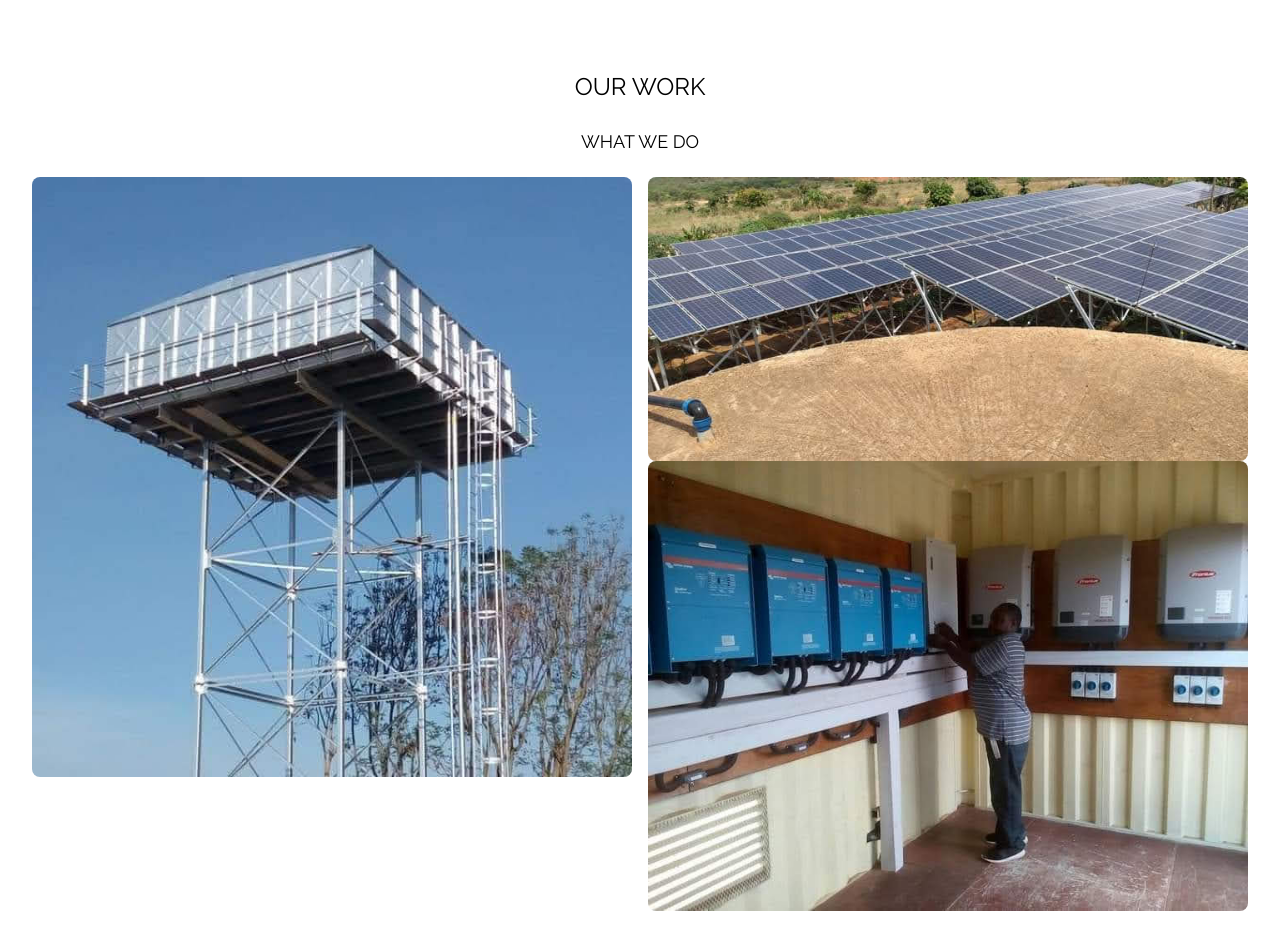
Repository: peterclermy232/LAZCOM
Page: index.html
An editor plug-in stored every save of this project. The page is shown before and after a run of saves, followed by the edit.
The browser window is 1280 px wide. The pictures show the part of the page from y = 3846 to 4798 px (the page is 7618 px tall).
A picture or video elsewhere on the page could not be fetched, so the positions and the page height are approximate.

Above is the page before, as saved 2022-06-23 08:41:21.

### index.html
<!DOCTYPE html>
<html>
<head>
<title>LAZCOM SOLAR AND ELECTRICALS SERVICES</title>
<meta charset="UTF-8">
<meta name="viewport" content="width=device-width, initial-scale=1">
<link rel="stylesheet" href="https://www.w3schools.com/w3css/4/w3.css">
<link rel="stylesheet" href="https://fonts.googleapis.com/css?family=Raleway">
<link rel="stylesheet" href="https://cdnjs.cloudflare.com/ajax/libs/font-awesome/4.7.0/css/font-awesome.min.css">
<style>
body,h1,h2,h3,h4,h5,h6 {font-family: "Raleway", sans-serif}

body, html {
  height: 100%;
  line-height: 1.8;
}

/* Full height image header */
.bgimg-1 {
  background-position: center;
  background-size: cover;
  background-image: url("images/sunsolar.jpeg");
  min-height: 100%;
}

.w3-bar .w3-button {
  padding: 16px;
}
</style>
</head>
<body>

<!-- Navbar (sit on top) -->
<div class="w3-top">
  <div class="w3-bar w3-white w3-card" id="myNavbar">

    <a href="#home" class="w3-bar-item w3-button w3-wide">
        <img src="images/images.png" alt="" style="width: 45%;">
    </a>
    <!-- Right-sided navbar links -->
    <div class="w3-right w3-hide-small">
      <a href="#about" class="w3-bar-item w3-button">ABOUT</a>
      <a href="#team" class="w3-bar-item w3-button"><i class="fa fa-user"></i> REFERENCES</a>
      <a href="#work" class="w3-bar-item w3-button"><i class="fa fa-th"></i> WORK</a>
      <!--<a href="#pricing" class="w3-bar-item w3-button"><i class="fa fa-usd"></i> PRICING</a>-->
      <a href="#contact" class="w3-bar-item w3-button"><i class="fa fa-envelope"></i> CONTACT</a>
    </div>
    <!-- Hide right-floated links on small screens and replace them with a menu icon -->

    <a href="javascript:void(0)" class="w3-bar-item w3-button w3-right w3-hide-large w3-hide-medium" onclick="w3_open()">
      <i class="fa fa-bars"></i>
    </a>
  </div>
</div>

<!-- Sidebar on small screens when clicking the menu icon -->
<nav class="w3-sidebar w3-bar-block w3-black w3-card w3-animate-left w3-hide-medium w3-hide-large" style="display:none" id="mySidebar">
  <a href="javascript:void(0)" onclick="w3_close()" class="w3-bar-item w3-button w3-large w3-padding-16">Close ×</a>
  <a href="#about" onclick="w3_close()" class="w3-bar-item w3-button">ABOUT</a>
  <a href="#team" onclick="w3_close()" class="w3-bar-item w3-button">REFERENCES</a>
  <a href="#work" onclick="w3_close()" class="w3-bar-item w3-button">WORK</a>
  <!--<a href="#pricing" onclick="w3_close()" class="w3-bar-item w3-button">PRICING</a>-->
  <a href="#contact" onclick="w3_close()" class="w3-bar-item w3-button">CONTACT</a>
</nav>

<!-- Header with full-height image -->
<header class="bgimg-1 w3-display-container w3-grayscale-min" id="home">
  <div class="w3-display-left w3-text-white" style="padding:48px">
    <span class="w3-jumbo w3-hide-small" style="color: green;">Services beyond you expectations</span><br>
    <span class="w3-xxlarge w3-hide-large w3-hide-medium">Start something that matters</span><br>
    <span class="w3-large">Lazcom is here to help you stay in a well ventilate house.</span>
    <p><a href="#about" class="w3-button w3-white w3-padding-large w3-large w3-margin-top w3-opacity w3-hover-opacity-off">Learn more and start today</a></p>
  </div>
  <div class="w3-display-bottomleft w3-text-grey w3-large" style="padding:24px 48px">

</header>

<!-- About Section -->
<div class="w3-container" style="padding:128px 16px" id="about">
  <h3 class="w3-center">ABOUT THE COMPANY</h3>
  <p class="w3-center w3-large">Key features of our company</p>
  <div class="w3-row-padding w3-center" style="margin-top:64px">
    <h3 style="text-align: center;">COMPANY PROFILE</h3>
<p>Lazcom Solar and Electrical Services Limited is a Company registered in Kenya
    in accordance to chap. 486 of Company’s act. Started in 2009 as a sole
    proprietorship, Lazcom Solar has grown in customer base and service and it
    was then registered as a Limited Company in Kenya in 2013.
    We
    specialize
    in
    design,
    selection,
    purchase,
    servicing,
    maintenance,
    replacement, installation, testing and commissioning of all types of green
    energy solutions up to and including solar water heating system, power back up
    systems,Borehole drilling and Equiping, solar water pump installation and to
    carry on business as consultants, advisers and service providers in respect of</p>
</div>
    <div class="">

      <p class="w3-large">Visson</p>
      <p>To be a leading alternative energy solutions provider by offering affordable and
        environmental friendly green energy solar solutions beyond the expectations of
        our clients.</p>
    </div>
    <div class="" style="margin: auto;">

      <p class="w3-large">Mission</p>
      <p>To satisfy our customers by offering efficient, effective, environmental friendly
        and affordable electric light, heating and power supplies using the latest
        technology and state of the art equipment for both commercial and residential
        use in accordance to our clients' needs.</p>
    </div>
</div>
    <div class="image">

        <p style="text-align: center;">Values</p>
        <p style="text-align: center;">Our Values Define our Being:</p>
        <div class="fakeimg">
            <ul>
              <li>We accept that challenges make us stronger and we enjoy the satisfaction of a
                job well done. We take action, make things real, work smart, have fun, and
                maintain a positive outlook in all things we do.</li>
              <li>We lead by example and use honesty, integrity, and open communications in all
                of our interactions.</li>
              <li>We strive to continually grow and improve as individuals, as a team, and as a
                company.</li>
              <li>We maintain a cost conscious attitude, promote increased efficiency, and
                ensure quality, which leads to a competitive edge in the marketplace.</li>
              <li>Sustainability and environmental stewardship through alternative energy
                sources and renewable energy systems is the core of our business, not only in
                our products and services we offer, but also the way we operate.</li>
              <li>We achieve customer satisfaction by honoring our commitments, exceeding
                expectations, and providing the highest quality products and service.</li>
            </ul>
          </div>
      </div>
</div>

<!-- Promo Section - "We know design" -->
<div class="w3-container w3-light-grey" style="padding:128px 16px">
  <div class="w3-row-padding">
    <div class="w3-col m6">
      <p><a href="#work" class="w3-button w3-black"><i class="fa fa-th"> </i> View Our Works</a></p>
    </div>
    <div class="w3-col m6">
      <img class="w3-image w3-round-large" src="images/metal.jpeg" alt="Buildings" width="700" height="394">
    </div>
    <div class="w3-col m6">

      <img class="w3-image w3-round-large" src="images/tank.jpeg" alt="Buildings" width="700" height="394">
    </div>
    <div class="w3-col m6">

      <img class="w3-image w3-round-large" src="images/person2.jpeg" alt="Buildings" width="700" height="394">
    </div>
  </div>
</div>

<!-- Team Section -->
<!-- Promo Section "Statistics" -->
<div class="w3-container w3-row w3-center w3-dark-grey w3-padding-64">
  <div class="w3-quarter">
    <span class="w3-xxlarge">14+</span>
    <br>Partners
  </div>
  <div class="w3-quarter">
    <span class="w3-xxlarge">55+</span>
    <br>Projects Done
  </div>
  <div class="w3-quarter">
    <span class="w3-xxlarge">89+</span>
    <br>Happy Clients
  </div>
  <div class="w3-quarter">
    <span class="w3-xxlarge">150+</span>
    <br>Meetings
  </div>
</div>

<!-- Work Section -->
<div class="w3-container" style="padding:128px 16px" id="work">
  <h3 class="w3-center">OUR WORK</h3>
  <p class="w3-center w3-large">WHAT WE DO</p>

  <div class="w3-row-padding" >
    <div class="w3-col m6">
      <img class="w3-image w3-round-large" src="images/metal.jpeg" alt="Buildings" width="700" height="394">
    </div>
    <div class="w3-col m6">

      <img class="w3-image w3-round-large" src="images/solarstand.jpeg" alt="Buildings" width="700" height="394">
    </div>
    <div class="w3-col m6">
      <img class="w3-image w3-round-large" src="images/person1.jpeg" alt="Buildings" width="700" height="394">
    </div>

  </div>

  <div class="w3-row-padding" style="margin-top:64px">
    <div class="w3-col l3 m6">
        <ol>
            <li>Designs, installations and Maintainance.</li>
            <li>Solar energy(lighting,water heating,pumping and street lighting)</li>
            <li>Power back-up system installation and maintainance</li>
            <li>Service and maintainance contracts</li>
            <li>Water pumps and Borehole services(Drilling and Equiping).</li>
            <li>General electrical designs and installations.</li>
            <li>Swimming pool design,installation and maintainance.</li>
          </ol>
    </div>
    <div class="w3-col l3 m6">
        <ol>
            <h3>We supply and install:</h3>
            <div>
              <li>Solar panels</li>
              <li>Generators</li>
              <li>Solar batteries</li>
              <li>Water pumps</li>
              <li>Inverters</li>
              <li>Electrical and plumbling</li>
              <li>Solar water heating systems</li>
              <li>Wiring</li>
              </div>
        </ol>
    </div>
    <div class="w3-col l3 m6">
        <h5>P.V application</h5>
        <ol>
          <li>Household appliances e.g. TVs, radio, home theatre, laptops etc</li>
          <li>Water pumping for small scale remote irrigation, stock watering and
            residential use.</li>
          <li>Lighting for residential needs, billboards, security, street lights, parking
            lots, pathways and schools.</li>
          <li>Refrigeration for medical and recreational uses.</li>
        </ol>
    </div>
    <div class="w3-col l3 m6">
        <p>Advantages of solar lighting</p>
  <ol>
    <li>Reliability</li>
    <li>Low operating costs</li>
    <li>Low environmental pollution</li>
    <li>Stand alone capability</li>
    <li>Portability</li>
    <li>Modularity</li>
    <li>Safety</li>
    <li>Ease of installation</li>
  </ol>
    </div>
  </div>

  <div class="w3-row-padding w3-section">
    <div class="w3-col l3 m6">
        <ol class=" flex-column">
            <h6><b>Solar powered water pumping systems (diagrams/pictures)</b></h6>
            <li class="nav-item">
              Grundfos -borehole applications
            </li>
            <li class="nav-item">
              Lorentzs pumps- for shallow wells,boreholes and booster applicati
            </li>
            <li class="nav-item">
              Dayliff pumps- shallow wells,surface and borehole pumps
            </li>
            <li class="nav-item">
              Solar security light
            </li>
            <li class="nav-item">
              Solar powered lanterns
            </li>
            <li class="nav-item">
              Solar garden lights
            </li>
            <li class="nav-item">
              Solar cell phone charger
            </li>
            <li class="nav-item">
              LED bulbs
            </li>
          </ol>
    </div>
    <div class="w3-col l3 m6">
        <p>Advantages of solar water system</p>
        <ol>
          <li>Energy Saving</li>
          <li>Use of free solar energy hence reduction of power bills.</li>
          <li>24 hours hot water</li>
          <li>Long life span-over 20 years</li>
          <li>Maintenance free system</li>
        </ol>
    </div>
    <div class="w3-col l3 m6">
        <p>Advantages of power backup systems</p>
        <ol>
          <li>Standby power in the event of main’s failure</li>
          <li>Alternative to generators which are expensive to maintain and fuel</li>
          <li>Instant and automatic changeover when the mains power fails</li>
          <li>Totally silent and non-polluting operation</li>
          <li>Very low running costs-just the power to charge the batteries</li>
        </ol>
    </div>
    <div class="w3-col l3 m6">
      <img src="/w3images/tech_tableturner.jpg" style="width:100%" onclick="onClick(this)" class="w3-hover-opacity" alt="A tableturner">
    </div>
  </div>
</div>

<!-- Modal for full size images on click-->
<div id="modal01" class="w3-modal w3-black" onclick="this.style.display='none'">
  <span class="w3-button w3-xxlarge w3-black w3-padding-large w3-display-topright" title="Close Modal Image">×</span>
  <div class="w3-modal-content w3-animate-zoom w3-center w3-transparent w3-padding-64">
    <img id="img01" class="w3-image">
    <p id="caption" class="w3-opacity w3-large"></p>
  </div>
</div>

<!-- Skills Section -->
<div class="w3-container w3-light-grey w3-padding-64">
  <div class="w3-row-padding">
    <div class="w3-col m6">
      <h3>Our Skills.</h3>
    <!--  <p>Lorem ipsum dolor sit amet, consectetur adipiscing elit, sed do eiusmod<br>
      tempor incididunt ut labore et dolore.</p>
      <p>Lorem ipsum dolor sit amet, consectetur adipiscing elit, sed do eiusmod<br>
      tempor incididunt ut labore et dolore.</p>
      -->
    </div>
    <div class="w3-col m6">
      <p class="w3-wide"><i class="fa fa-camera w3-margin-right"></i>Solar Installation</p>
      <div class="w3-grey">
        <div class="w3-container w3-dark-grey w3-center" style="width:90%">90%</div>
      </div>
      <p class="w3-wide"><i class="fa fa-desktop w3-margin-right"></i>Plumbing</p>
      <div class="w3-grey">
        <div class="w3-container w3-dark-grey w3-center" style="width:85%">85%</div>
      </div>
      <p class="w3-wide"><i class="fa fa-photo w3-margin-right"></i>Wiring</p>
      <div class="w3-grey">
        <div class="w3-container w3-dark-grey w3-center" style="width:75%">75%</div>
      </div>
    </div>
  </div>
</div>

<!-- Pricing Section
<div class="w3-container w3-center w3-dark-grey" style="padding:128px 16px" id="pricing">
  <h3>PRICING</h3>
  <p class="w3-large">Choose a pricing plan that fits your needs.</p>
  <div class="w3-row-padding" style="margin-top:64px">
    <div class="w3-third w3-section">
      <ul class="w3-ul w3-white w3-hover-shadow">
        <li class="w3-black w3-xlarge w3-padding-32">Basic</li>
        <li class="w3-padding-16"><b>10GB</b> Storage</li>
        <li class="w3-padding-16"><b>10</b> Emails</li>
        <li class="w3-padding-16"><b>10</b> Domains</li>
        <li class="w3-padding-16"><b>Endless</b> Support</li>
        <li class="w3-padding-16">
          <h2 class="w3-wide">$ 10</h2>
          <span class="w3-opacity">per month</span>
        </li>
        <li class="w3-light-grey w3-padding-24">
          <button class="w3-button w3-black w3-padding-large">Sign Up</button>
        </li>
      </ul>
    </div>
    <div class="w3-third">
      <ul class="w3-ul w3-white w3-hover-shadow">
        <li class="w3-red w3-xlarge w3-padding-48">Pro</li>
        <li class="w3-padding-16"><b>25GB</b> Storage</li>
        <li class="w3-padding-16"><b>25</b> Emails</li>
        <li class="w3-padding-16"><b>25</b> Domains</li>
        <li class="w3-padding-16"><b>Endless</b> Support</li>
        <li class="w3-padding-16">
          <h2 class="w3-wide">$ 25</h2>
          <span class="w3-opacity">per month</span>
        </li>
        <li class="w3-light-grey w3-padding-24">
          <button class="w3-button w3-black w3-padding-large">Sign Up</button>
        </li>
      </ul>
    </div>
    <div class="w3-third w3-section">
      <ul class="w3-ul w3-white w3-hover-shadow">
        <li class="w3-black w3-xlarge w3-padding-32">Premium</li>
        <li class="w3-padding-16"><b>50GB</b> Storage</li>
        <li class="w3-padding-16"><b>50</b> Emails</li>
        <li class="w3-padding-16"><b>50</b> Domains</li>
        <li class="w3-padding-16"><b>Endless</b> Support</li>
        <li class="w3-padding-16">
          <h2 class="w3-wide">$ 50</h2>
          <span class="w3-opacity">per month</span>
        </li>
        <li class="w3-light-grey w3-padding-24">
          <button class="w3-button w3-black w3-padding-large">Sign Up</button>
        </li>
      </ul>
    </div>
  </div>
</div>-->

<!-- Contact Section -->
<div class="w3-container w3-light-grey" style="padding:128px 16px" id="contact">
  <h3 class="w3-center">CONTACT</h3>
  <p class="w3-center w3-large">Lets get in touch. Send us a message:</p>
  <div style="margin-top:48px">
    <p><i class="fa fa-map-marker fa-fw w3-xxlarge w3-margin-right"></i> NAIROBI,Kenya</p>
    <p><i class="fa fa-phone fa-fw w3-xxlarge w3-margin-right"></i> Phone: +2547724394458 or +254753532902</p>
    <p><i class="fa fa-envelope fa-fw w3-xxlarge w3-margin-right"> </i> Email: lazkomsolar@gmail.com</p>
    <br>
  <!--  <form action="/action_page.php" target="_blank">
      <p><input class="w3-input w3-border" type="text" placeholder="Name" required name="Name"></p>
      <p><input class="w3-input w3-border" type="text" placeholder="Email" required name="Email"></p>
      <p><input class="w3-input w3-border" type="text" placeholder="Subject" required name="Subject"></p>
      <p><input class="w3-input w3-border" type="text" placeholder="Message" required name="Message"></p>
      <p>
        <button class="w3-button w3-black" type="submit">
          <i class="fa fa-paper-plane"></i> SEND MESSAGE
        </button>
      </p>
    </form>
  -->
    <!-- Image of location/map
    <img src="/w3images/map.jpg" class="w3-image w3-greyscale" style="width:100%;margin-top:48px">
    -->

  </div>
</div>
<div class="w3-container" style="padding:128px 16px" id="team">
    <h3 class="w3-center">REFERENCES:</h3>
    <p class="w3-center w3-large">The ones who we have worked For</p>
    <div class="w3-row-padding w3-grayscale" style="margin-top:64px">
      <div class="w3-col l3 m6 w3-margin-bottom">
          <div class="w3-container">

              <li style="color:red">Loreto srs....Maryward cent
                ...contact..0720953022</li>
            <p>Solar hot water systems...12no.units</p>
            <p>Borehole services</p>
            <p>Generator services</p>
            </li>
          </div>

      </div>
      <div class="w3-col l3 m6 w3-margin-bottom">

          <div class="w3-container">
            <li style="color:red">missionaries of Africa....Contact..
                0718080276</li>
                <p>Solar hot water systems....3units</p>
                <p>Inverter systems....5kw system.</p>
            </li>
          </div>

      </div>
      <div class="w3-col l3 m6 w3-margin-bottom">
          <div class="w3-container">
            <li style="color:red"> Consolata sisters:......
                contact:sr.karthy....0712588471</li>
                <p>Solar hot water systems...6units.</p>
                <p>Borehole services...2no.borehole.</p>
            </li>
          </div>

      </div>
      <div class="w3-col l3 m6 w3-margin-bottom">
          <div class="w3-container">
            <li style="color:red">Hekima University college............Contact:Fr.Elius..0720836944</li>
            <p>Solar hot water systems......8units.</p>
            <p>Borehole services....1no.</p>
            <p>Generator services.</p>
            </li>
          </div>

      </div>
    </div>
  </div>


<!-- Footer -->
<footer class="w3-center w3-black w3-padding-64">
  <a href="#home" class="w3-button w3-light-grey"><i class="fa fa-arrow-up w3-margin-right"></i>To the top</a>
  <div class="w3-xlarge w3-section">
    <i class="fa fa-facebook-official w3-hover-opacity"></i>
    <i class="fa fa-instagram w3-hover-opacity"></i>
    <i class="fa fa-snapchat w3-hover-opacity"></i>
    <i class="fa fa-pinterest-p w3-hover-opacity"></i>
    <i class="fa fa-twitter w3-hover-opacity"></i>
    <i class="fa fa-linkedin w3-hover-opacity"></i>
  </div>
 <!--<p>Powered by <a href="https://www.w3schools.com/w3css/default.asp" title="W3.CSS" target="_blank" class="w3-hover-text-green">w3.css</a></p>-->
</footer>

<script>
// Modal Image Gallery
function onClick(element) {
  document.getElementById("img01").src = element.src;
  document.getElementById("modal01").style.display = "block";
  var captionText = document.getElementById("caption");
  captionText.innerHTML = element.alt;
}


// Toggle between showing and hiding the sidebar when clicking the menu icon
var mySidebar = document.getElementById("mySidebar");

function w3_open() {
  if (mySidebar.style.display === 'block') {
    mySidebar.style.display = 'none';
  } else {
    mySidebar.style.display = 'block';
  }
}

// Close the sidebar with the close button
function w3_close() {
    mySidebar.style.display = "none";
}
</script>

</body>
</html>

After the next 2 saves:
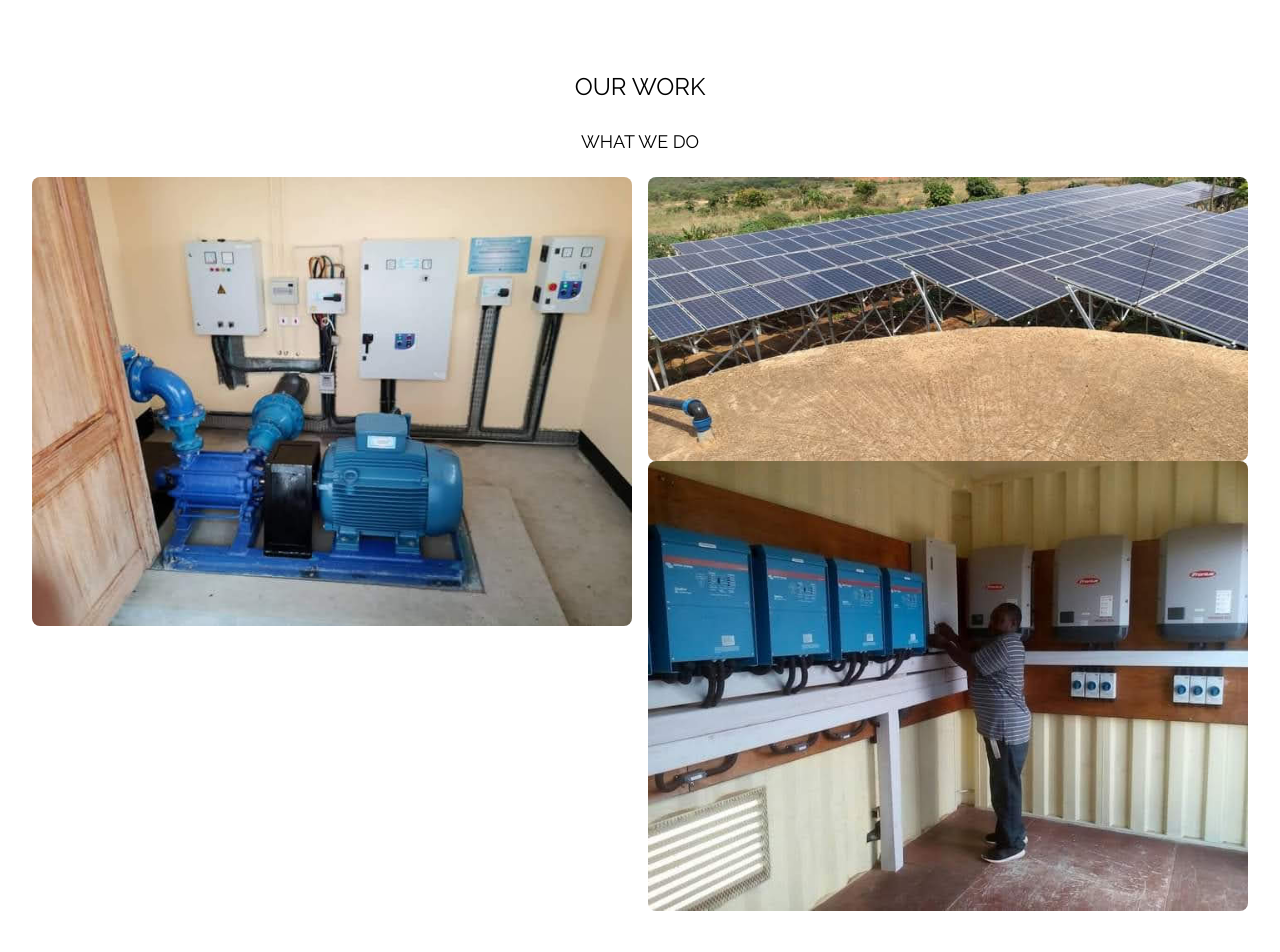
The 2 saves are shown as one change because they came seconds apart.
The last was saved 37 s later.
--- a/index.html
+++ b/index.html
@@ -187,7 +187,7 @@ body, html {
 
   <div class="w3-row-padding" >
     <div class="w3-col m6">
-      <img class="w3-image w3-round-large" src="images/metal.jpeg" alt="Buildings" width="700" height="394">
+      <img class="w3-image w3-round-large" src="images/machine.jpeg" alt="Buildings" width="700" height="394">
     </div>
     <div class="w3-col m6">
 
